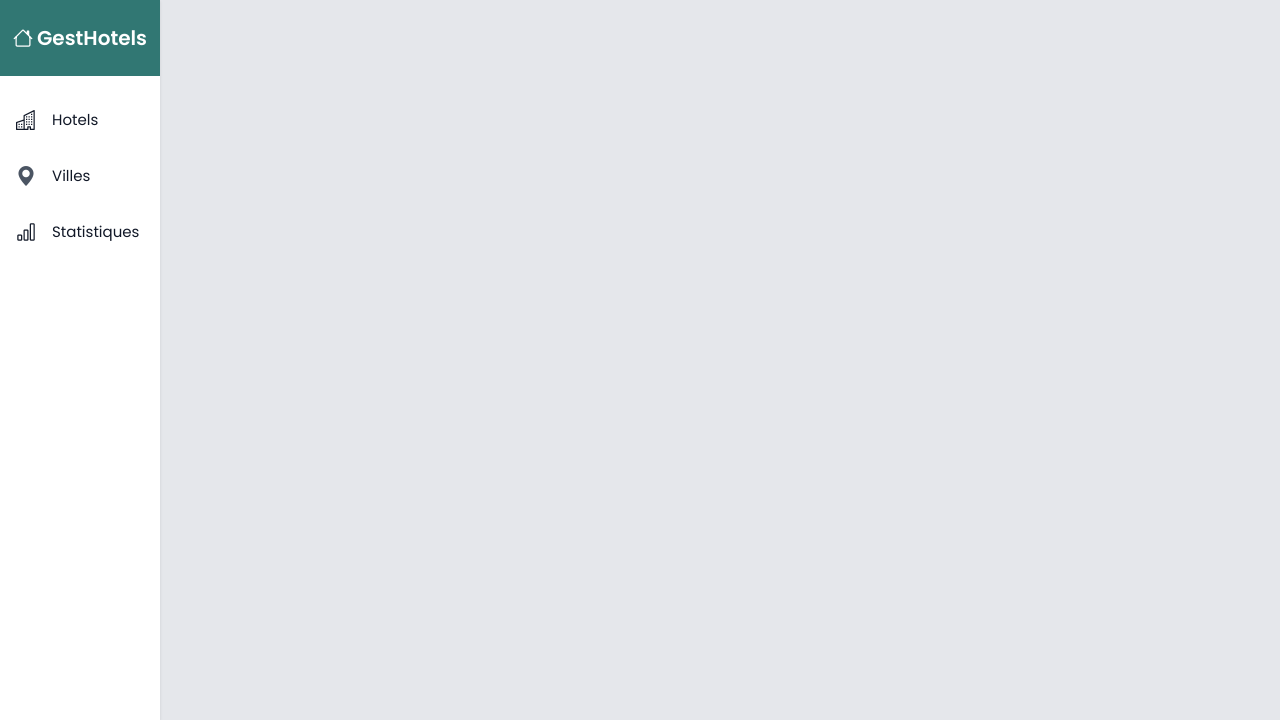
Repository: yahyamourid/GestHotelsEJB
Page: http://localhost/ISICEJBWeb/sidBar.jsp
These files come from the project's save history. The page is drawn as it stood at one moment and after the next save; the edit follows.
The browser window is 1280 px wide. The pictures show the whole page.
Some web libraries are served in a nearby version. The page is served by Tomcat 10. Nobody is signed in. The application's start-up code is not run. Other server files are loaded and not shown.

Above is the page before, as saved 2023-12-01 16:06:46.
Console error: TypeError: Cannot read properties of null (reading 'classList')

### ISICEJBWeb/src/main/webapp/sidBar.jsp
<%@page import="java.util.regex.Matcher"%>
<%@page import="java.util.regex.Pattern"%>
<%@ page language="java" contentType="text/html; charset=ISO-8859-1" pageEncoding="ISO-8859-1"%>


<!DOCTYPE html>
<html lang="en">

    <head>
        <meta charset="UTF-8">
        <meta http-equiv="X-UA-Compatible" content="IE=edge">
        <meta name="viewport" content="width=device-width, initial-scale=1.0">
        <title>sidebar</title>
        <script src="https://cdn.tailwindcss.com"></script>
        <!-- <script src="./tailwind3.js"></script> -->
        <link href="https://fonts.googleapis.com/css2?family=Poppins:wght@200;300;400;500;600;800&display=swap"
              rel="stylesheet">
        <link rel="stylesheet" href="https://cdn.jsdelivr.net/npm/bootstrap-icons@1.7.2/font/bootstrap-icons.css">

    </head>

    <body class=" font-[Poppins] bg-gray-200 ">
        <%
    String url = request.getRequestURL().toString();
    Pattern pattern = Pattern.compile("[^/]+\\.jsp");
    Matcher matcher = pattern.matcher(url);

    String nomFichierJSP = "";
    if (matcher.find()) {
        nomFichierJSP = matcher.group();
    }


%>

        <div class="sidebar  fixed top-0 bottom-0 lg:left-0 left-[-300px] duration-1000
               w-[160px] overflow-y-auto text-center  bg-white shadow h-screen">


            <div class=" text-xl">
                <div class="py-6 px-2  flex justify-center items-center  mb-5 bg-[#317773] ">
                    <i class="bi bi-house text-white"></i>
                    <h1 class="ml-1 text-xl text-white font-semibold">GestHotels</h1>
                </div>

                <div >

                    <div  class="p-2.5 mt-2 flex items-center  rounded-md px-4 <%if (nomFichierJSP.equals("hotel.jsp")){%>bg-sky-600 <%}%> duration-300  cursor-pointer  hover:bg-sky-600">
                        <i class="bi bi-building text-gray-900"></i>
                        <span class="text-[15px] ml-4 text-gray-900 "><a href="hotel.jsp">Hotels</a></span>
                    </div>

                    <div class="p-2.5 mt-2 flex items-center rounded-md px-4 <%if (nomFichierJSP.equals("ville.jsp")){%>bg-sky-600 <%}%>duration-300 cursor-pointer  hover:bg-sky-600">
                        <i class="bi bi-geo-alt-fill text-gray-600"></i>
                        <span class="text-[15px] ml-4 text-gray-900"><a href="ville.jsp">Villes</a></span>
                    </div>
                    <div class="p-2.5 mt-2 flex items-center rounded-md px-4 <%if (nomFichierJSP.equals("ville.jsp")){%>bg-sky-600 <%}%>duration-300 cursor-pointer  hover:bg-sky-600">
                        <i class="bi bi-bar-chart text-gray-900"></i>
                        <span class="text-[15px] ml-4 text-gray-900"><a href="ville.jsp">Statistiques</a></span>
                    </div>
                </div>
            </div>
        </div>

        <script>
            function dropDown() {
                document.querySelector('#submenu').classList.toggle('hidden')
                document.querySelector('#arrow').classList.toggle('rotate-0')
            }
            dropDown()

            function Openbar() {
                document.querySelector('.sidebar').classList.toggle('left-[-300px]')
            }
        </script>


    </body>

</html>

After the next save:
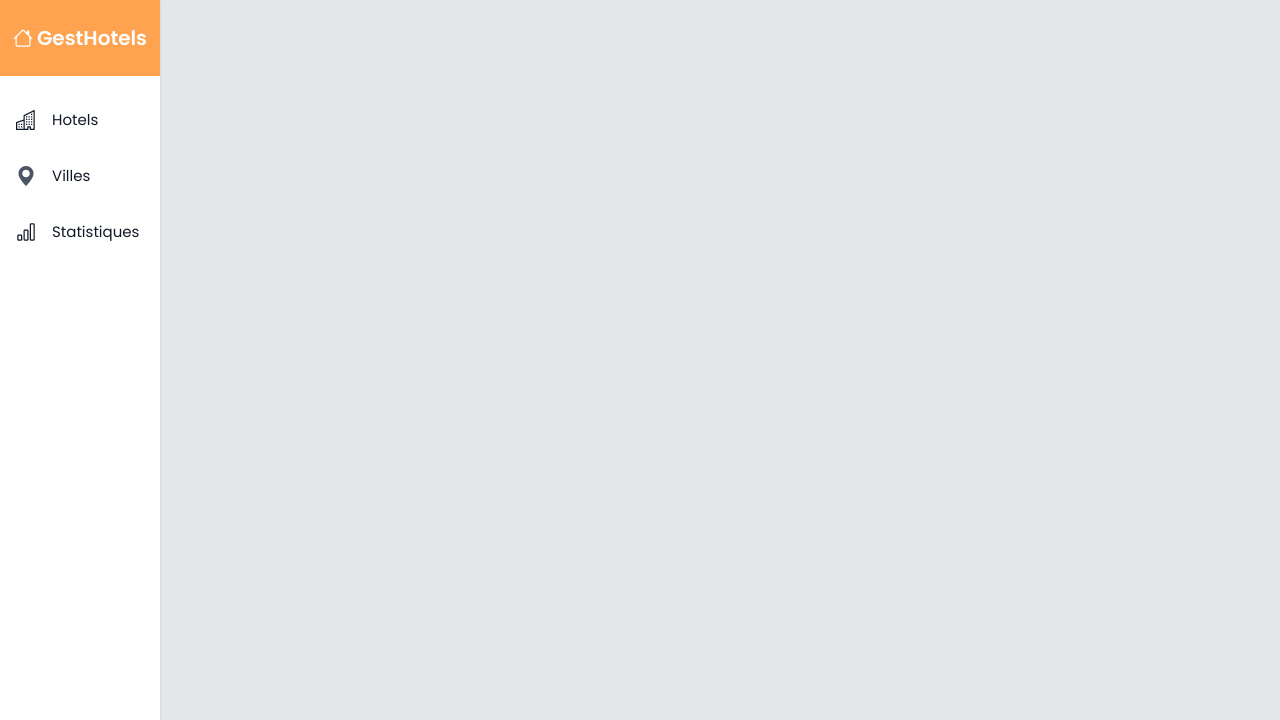
Saved 44 s later.
--- a/ISICEJBWeb/src/main/webapp/sidBar.jsp
+++ b/ISICEJBWeb/src/main/webapp/sidBar.jsp
@@ -38,7 +38,7 @@
 
 
             <div class=" text-xl">
-                <div class="py-6 px-2  flex justify-center items-center  mb-5 bg-[#317773] ">
+                <div class="py-6 px-2  flex justify-center items-center  mb-5 bg-[#FFA351] ">
                     <i class="bi bi-house text-white"></i>
                     <h1 class="ml-1 text-xl text-white font-semibold">GestHotels</h1>
                 </div>
